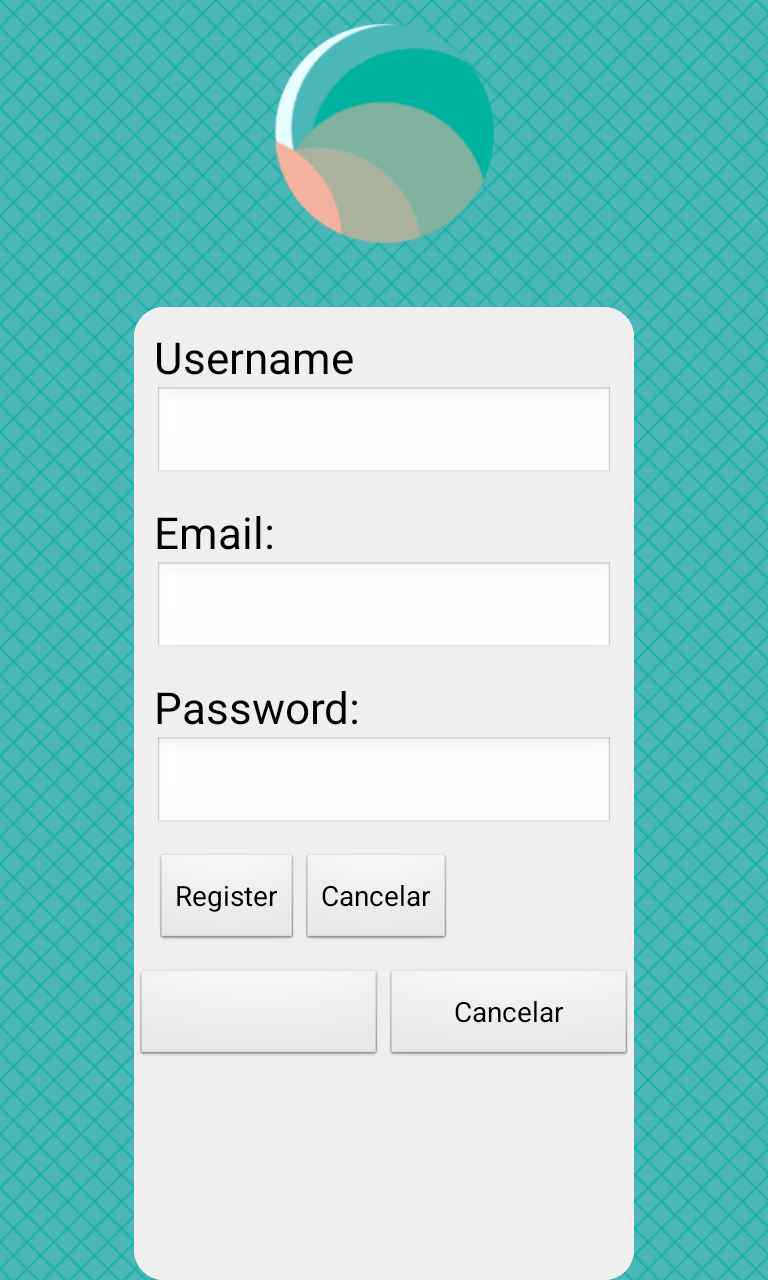
Repository: ppamorim/Coderock-X
Layout: workspace-Android/teste1/res/layout/activity_register.xml
An editor plug-in stored every save of this project. The layout is shown before and after the next save, followed by the edit.
It is drawn on a 768 x 1280 px phone screen (xhdpi) without system bars, with theme android:Theme.NoTitleBar; the app's code is not run.

Above is the layout before, as saved 2014-01-05 23:21:51.

After the next save:
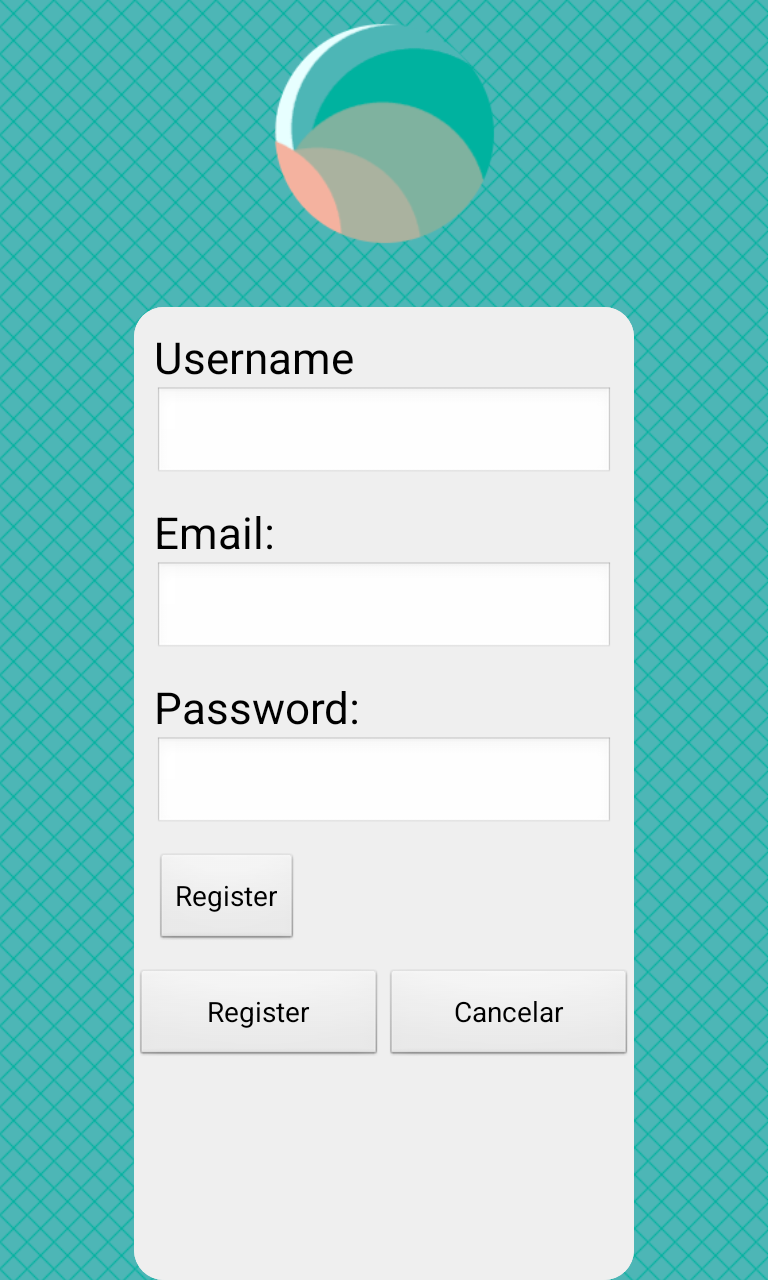
Saved 23 s later.
--- a/workspace-Android/teste1/res/layout/activity_register.xml
+++ b/workspace-Android/teste1/res/layout/activity_register.xml
@@ -106,12 +106,6 @@
             	android:layout_height="fill_parent"
             	android:text="@string/register" />
 
-        		<Button
-            	android:id="@+id/Cancelar"
-            	android:layout_width="wrap_content"
-            	android:layout_height="fill_parent"
-            	android:text="@string/cancel" />
-
         		</LinearLayout>
 
         		<LinearLayout
@@ -121,10 +115,11 @@
         		android:orientation="horizontal" >
 
         		<Button
-            	android:id="@+id/dynamic_btnSubmit"
+            	android:id="@+id/Register"
             	android:layout_width="0dp"
             	android:layout_height="wrap_content"
-            	android:layout_weight="1.0" />
+            	android:layout_weight="1.0"
+            	android:text="@string/register" />
 
         		<Button
             	android:id="@+id/Cancelar"
